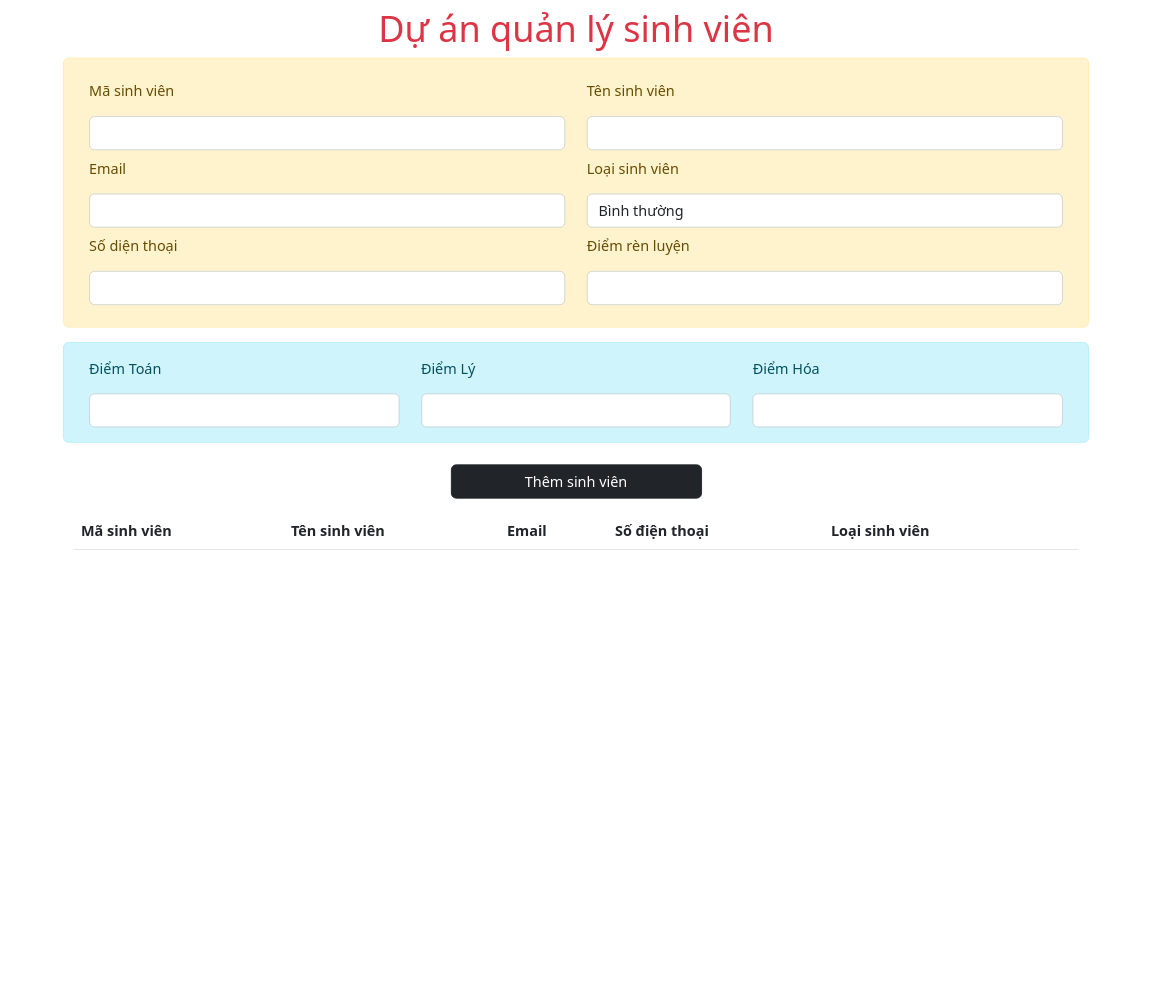
Repository: hcozyph/Cybersoft_JS_OOP
Page: index.html
The author's editor kept a copy of each file at every save. The page is drawn from the files as they stood at one save, then again after the next save.
The browser window is 1280 px wide. The pictures show the whole page, at 90% of full size.

Above is the page before, as saved 2023-02-26 09:34:35.

### index.html
<!DOCTYPE html>
<html lang="en">
    <head>
        <title>Quản lý sinh viên</title>
        <!-- Required meta tags -->
        <meta charset="utf-8" />
        <meta
            name="viewport"
            content="width=device-width, initial-scale=1, shrink-to-fit=no"
        />

        <!-- Bootstrap CSS v5.2.1 -->
        <link
            href="https://cdn.jsdelivr.net/npm/bootstrap@5.2.1/dist/css/bootstrap.min.css"
            rel="stylesheet"
            integrity="sha384-iYQeCzEYFbKjA/T2uDLTpkwGzCiq6soy8tYaI1GyVh/UjpbCx/TYkiZhlZB6+fzT"
            crossorigin="anonymous"
        />

        <!-- index.css -->
        <link rel="stylesheet" href="./assets/styles/index.css" />
    </head>

    <body>
        <div class="container" style="margin-bottom: 500px">
            <div class="title">
                <h3 class="text-center fs-1 text-danger my-2">
                    Dự án quản lý sinh viên
                </h3>
            </div>

            <div class="content">
                <div class="row alert alert-warning">
                    <div class="col-md-6 col-lg-6">
                        <div class="form-group my-2">
                            <p>Mã sinh viên</p>
                            <input class="form-control" id="maSinhVien"></input>
                        </div>

                        <div class="form-group my-2">
                            <p>Email</p>
                            <input class="form-control" id="email"></input>
                        </div>

                        <div class="form-group my-2">
                            <p>Số diện thoại</p>
                            <input class="form-control" id="soDienThoai"></input>
                        </div>
                    </div>

                    <div class="col-md-6 col-lg-6">
                        <div class="form-group my-2">
                            <p>Tên sinh viên</p>
                            <input class="form-control" id="tenSinhVien"></input>
                        </div>

                        <div class="form-group my-2">
                            <p>Loại sinh viên</p>
                            <select class="form-control" id="loaiSinhVien">
                                <option value="">Bình thường</option>
                                <option value="">Khó khăn</option>
                            </select>
                        </div>

                        <div class="form-group my-2">
                            <p>Điểm rèn luyện</p>
                            <input type="number" class="form-control" id="diemRenLuyen">
                        </div>
                    </div>
                </div>

                <div class="alert alert-info row mt-2">
                    <div class="col-md-4">
                        <p>Điểm Toán</p>
                        <input type="number" id="diemToan" class="form-control" >
                    </div>
                    <div class="col-md-4">
                        <p>Điểm Lý</p>
                        <input type="number" id="diemLy" class="form-control" >
                    </div>
                    <div class="col-md-4">
                        <p>Điểm Hóa</p>
                        <input type="number" id="diemHoa" class="form-control" >
                    </div>
                </div>

                <div class="my-2 text-center">
                    <button class="btn btn-dark my-2 w-25" id="btnThemSinhVien">Thêm sinh viên</button>
                </div>

                <table class="table mt-2">
                    <thead>
                        <tr>
                            <th>Mã sinh viên</th>
                            <th>Tên sinh viên</th>
                            <th>Email</th>
                            <th>Số điện thoại</th>
                            <th>Loại sinh viên</th>
                            <th></th>
                        </tr>
                    </thead>

                    <tbody id="tblSinhVien"></tbody>
                </table>

            </div>
        </div>

        <!-- Bootstrap JavaScript Libraries -->
        <script
            src="https://cdn.jsdelivr.net/npm/@popperjs/core@2.11.6/dist/umd/popper.min.js"
            integrity="sha384-oBqDVmMz9ATKxIep9tiCxS/Z9fNfEXiDAYTujMAeBAsjFuCZSmKbSSUnQlmh/jp3"
            crossorigin="anonymous"
        ></script>

        <script
            src="https://cdn.jsdelivr.net/npm/bootstrap@5.2.1/dist/js/bootstrap.min.js"
            integrity="sha384-7VPbUDkoPSGFnVtYi0QogXtr74QeVeeIs99Qfg5YCF+TidwNdjvaKZX19NZ/e6oz"
            crossorigin="anonymous"
        ></script>

        <!-- index.js -->
        <script src="./controllers/js/index.js"></script>
    </body>
</html>

### controllers/js/index.js
////----MÔ HÌNH MVC
/*
    M [model]       -- nơi chứa các file js là prototype (class)
    V [view]        -- nơi chứa các file giao diện (.html)
    C [controller]  -- các file điều hướng giao diện (index.html => index.js, qlsp.html => qlsp.js)

    ---------------------------------------------------

    util    -- chứa các file dùng chung cho dự án (ví dụ: các method sử dụng ở các dự án trước, hoặc libs [thư viện js] )
    assets  -- là folder chứa tài nguyên của hệ thống (img, audio, viddeo, css, font,...)

    */

Loaded but not shown: assets/styles/index.css (no stored copy; drawn as an empty file)

After the next save:
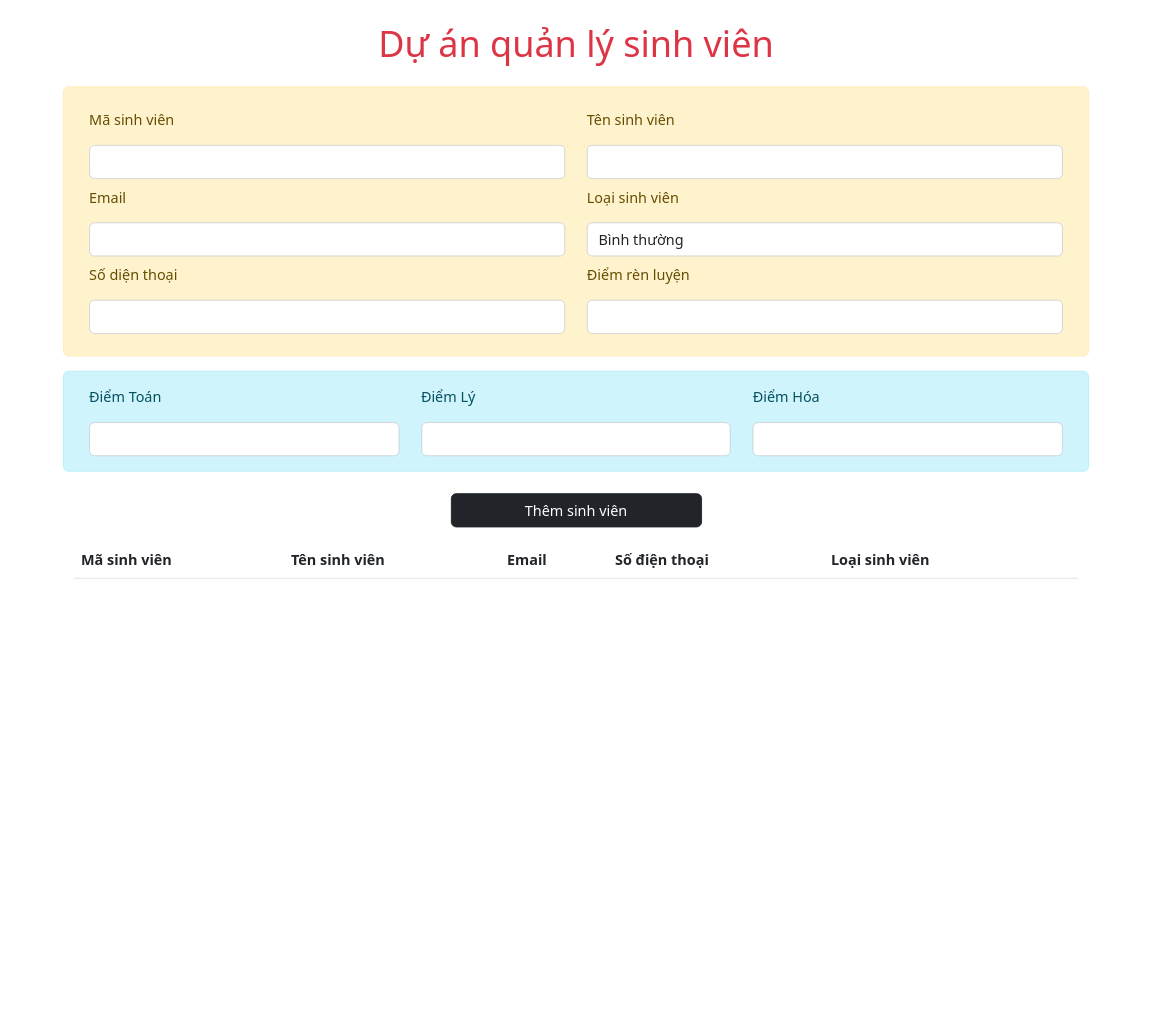
Saved 19 s later.
--- a/index.html
+++ b/index.html
@@ -24,7 +24,7 @@
     <body>
         <div class="container" style="margin-bottom: 500px">
             <div class="title">
-                <h3 class="text-center fs-1 text-danger my-2">
+                <h3 class="text-center fs-1 text-danger my-4">
                     Dự án quản lý sinh viên
                 </h3>
             </div>
